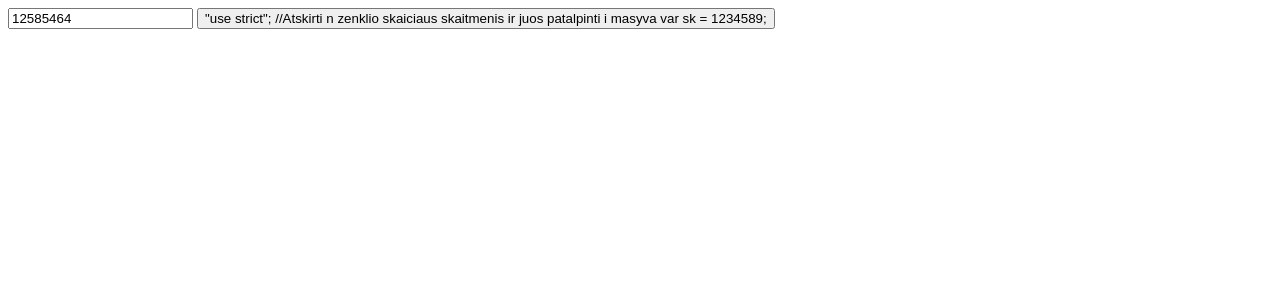
Repository: motiejus1/21-paskaita-05.31
Page: skaiciai.html
An editor plug-in stored every save of this project. The page is shown before and after a run of saves, followed by the edit.
The browser window is 1280 px wide. The pictures show the whole page.

Above is the page before, as saved 2021-07-05 19:46:31.

### skaiciai.html
<!DOCTYPE html>
<html lang="en">
<head>
    <meta charset="UTF-8">
    <meta http-equiv="X-UA-Compatible" content="IE=edge">
    <meta name="viewport" content="width=device-width, initial-scale=1.0">
    <title>21 paskaita</title>
</head>
<body>

    <input type="text" id="sk" name="sk" value="12585464">
    <button id="patvirtinti"

    <script>
        "use strict";
        //Atskirti n zenklio skaiciaus skaitmenis ir juos patalpinti i masyva

        var sk = 1234589;

    </script>
</body>
</html>

After the next 4 saves:
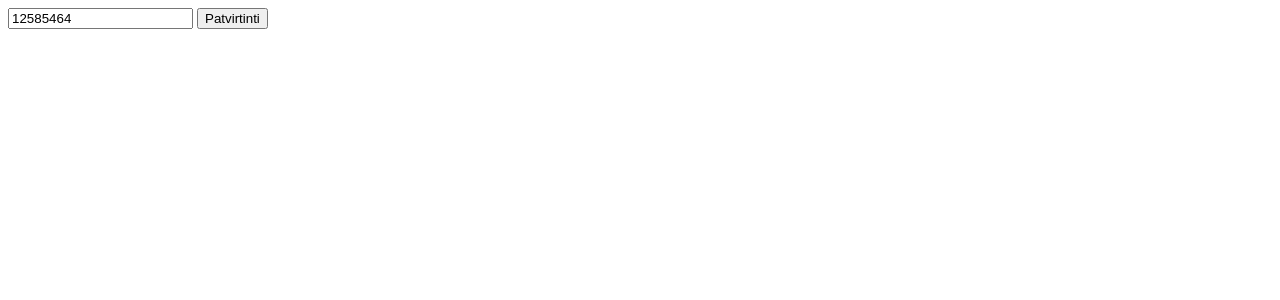
The 4 saves are shown as one change because they came seconds apart.
The last was saved 10 s later.
--- a/skaiciai.html
+++ b/skaiciai.html
@@ -9,11 +9,13 @@
 <body>
 
     <input type="text" id="sk" name="sk" value="12585464">
-    <button id="patvirtinti"
+    <button id="patvirtinti">Patvirtinti</button>
 
     <script>
         "use strict";
         //Atskirti n zenklio skaiciaus skaitmenis ir juos patalpinti i masyva
+
+
 
         var sk = 1234589;
 
